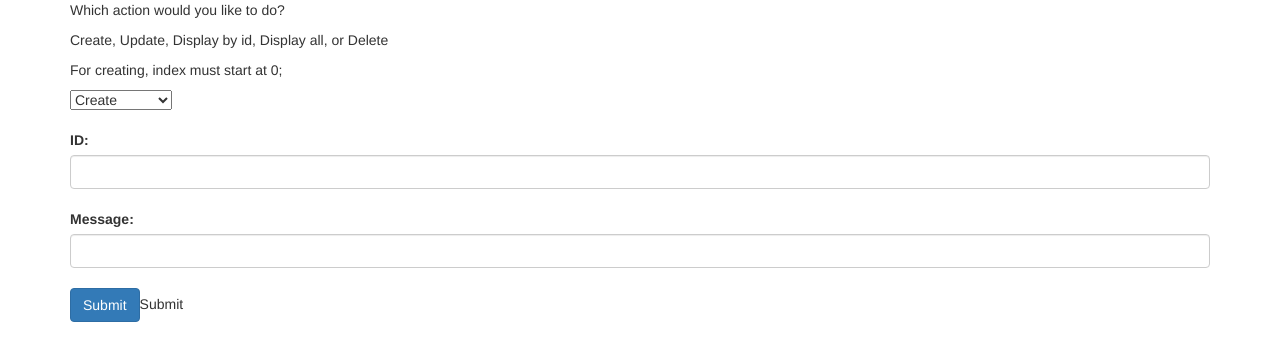
Repository: kddean/Lab3
Page: ToDoSystem-SinglePage/WebContent/ToDo.html
An editor plug-in stored every save of this project. The page is shown before and after the next save, followed by the edit.
The browser window is 1280 px wide. The pictures show the whole page.

Above is the page before, as saved 2016-03-25 23:45:51.
Console error: SyntaxError: Unexpected token 'var'

After the next save:
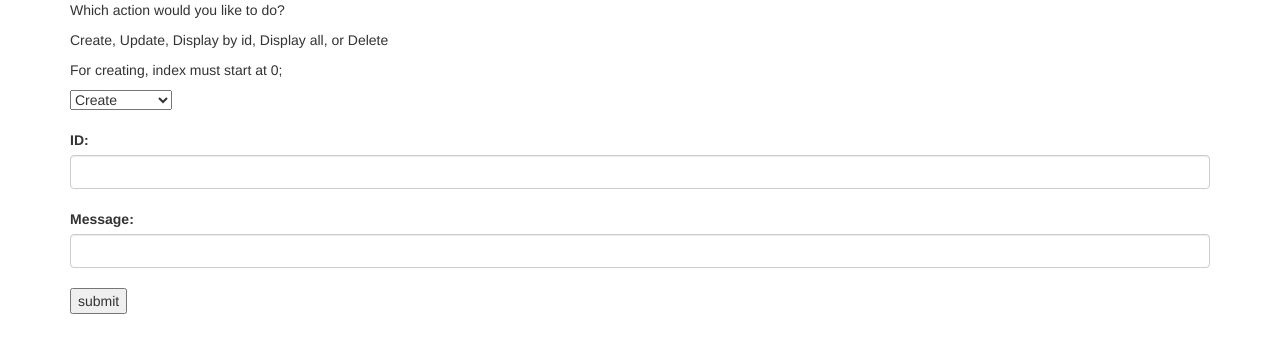
Saved 75 s later.
--- a/ToDoSystem-SinglePage/WebContent/ToDo.html
+++ b/ToDoSystem-SinglePage/WebContent/ToDo.html
@@ -28,8 +28,8 @@
 	<br>
 	<label>Message:</label><input type="text" class="form-control" name="message">
 	<br>
-	<input type="button" value="Submit" onclick='loadDoc("ToDo")' class="btn btn-primary">Submit</button>
-<!-- 	<input type="button" value="submit" onclick='loadDoc("ToDo")'/> -->
+<!-- 	<button type="button" value="Submit" onclick='loadDoc("ToDo")' class="btn btn-primary">Submit</button> -->
+	<input type="button" value="submit">
 	</div>
 </form>
 </div>
@@ -38,7 +38,7 @@ function loadDoc()
 var request;
 
 /* attach a submit handler to the form */
-$("#Submit").submit(function(event) {
+$("#submit").submit(function(event) {
 
     // abort any pending request
     if (request) {
